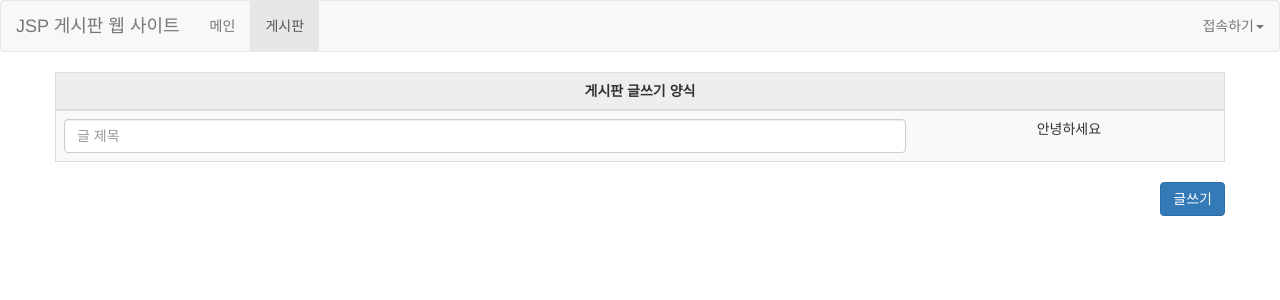
Repository: jk4g2/JSP_BBS
Page: http://localhost/BBS/view.jsp
An editor plug-in stored every save of this project. The page is shown before and after the next save, followed by the edit.
The browser window is 1280 px wide. The pictures show the whole page.
Some web libraries are served in a nearby version. The page is served by Tomcat 9.

Above is the page before, as saved 2020-03-15 23:16:19.

After the next save:
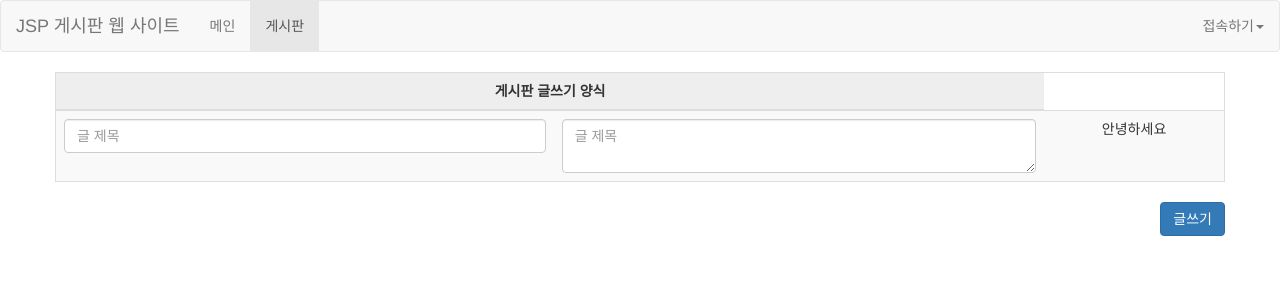
Saved 47 s later.
--- a/BBS/WebContent/view.jsp
+++ b/BBS/WebContent/view.jsp
@@ -76,7 +76,8 @@
 				</thead>
 				<tbody>
 					<tr>
-						<td><input type="text" class="form-control" placeholder="글 제목" name="bbsTitle" maxlength="50"></td>
+						<td><input type="text" class="form-control" placeholder="글 제목" name="bbsTitle" maxlength=""></td>
+						<td><textarea type="text" class="form-control" placeholder="글 제목" name="bbsTitle" maxlength="50"></textarea>
 						<td>안녕하세요</td>
 					</tr>
 				</tbody>
